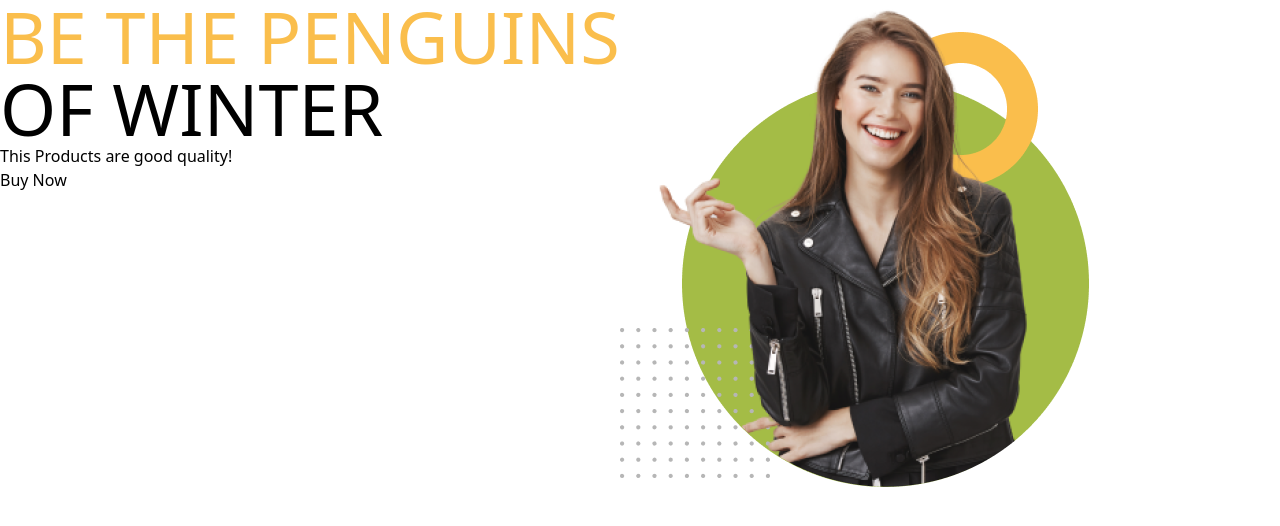
Repository: SyeadaSakina/Penguins-fashion
Page: index.html
An editor plug-in stored every save of this project. The page is shown before and after the next save, followed by the edit.
The browser window is 1280 px wide. The pictures show the whole page.
Some web libraries are served in a nearby version.

Above is the page before, as saved 2023-07-21 22:23:11.

After the next save:
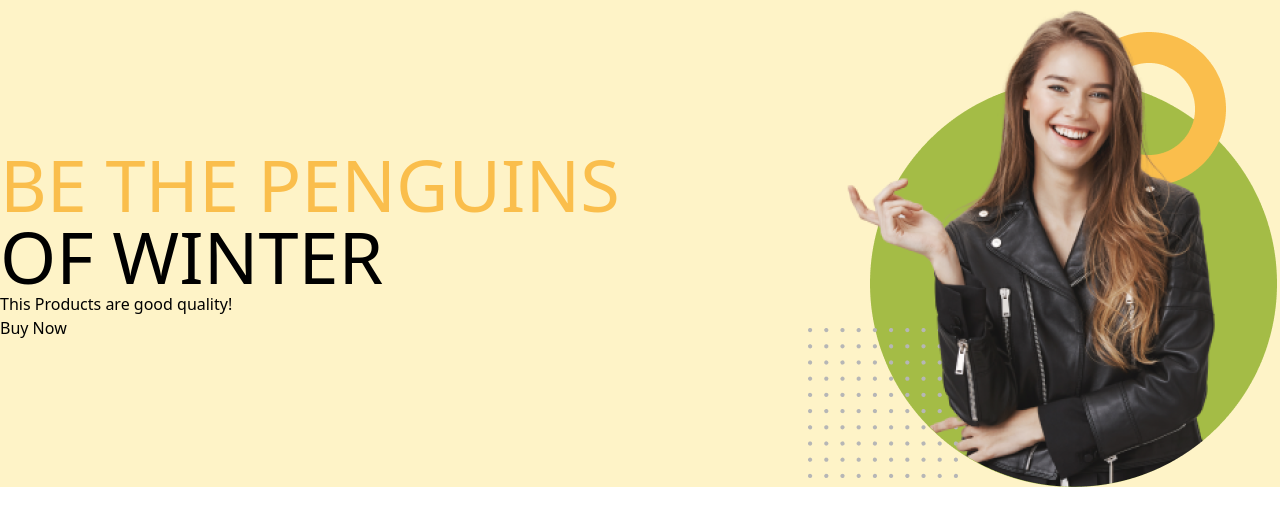
Saved 14 min 17 s later.
--- a/index.html
+++ b/index.html
@@ -9,8 +9,14 @@
 </head>
 
 <body>
-    <header>
-        <div class="flex">
+    <header class="bg-amber-100">
+        <!-- nav section -->
+        <nav>
+
+        </nav>
+
+        <!-- banner section -->
+        <div class="flex justify-between items-center">
             <div>
                 <h1 class="text-7xl uppercase"> <span class="text-[#FABE4C]">Be the Penguins</span>
                     <br> of Winter
